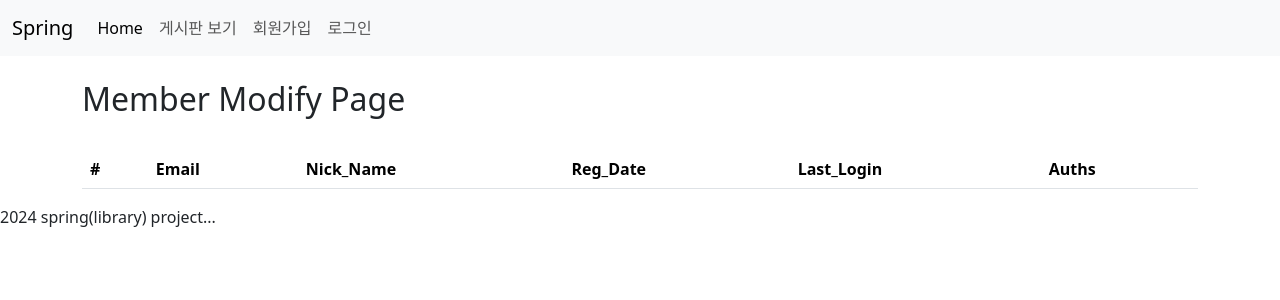
Repository: budflower44/Spring
Page: http://localhost/spring_test2/WEB-INF/views/member/list.jsp
An editor plug-in stored every save of this project. The page is shown before and after a run of saves, followed by the edit.
The browser window is 1280 px wide. The pictures show the whole page.
The page is served by Tomcat 9. Nobody is signed in. The template is opened directly, without the code that normally fills it, so the values that code supplies are empty.

Above is the page before, as saved 2024-01-16 01:15:36.
Console error: TypeError: Cannot read properties of null (reading 'addEventListener')

After the next 2 saves:
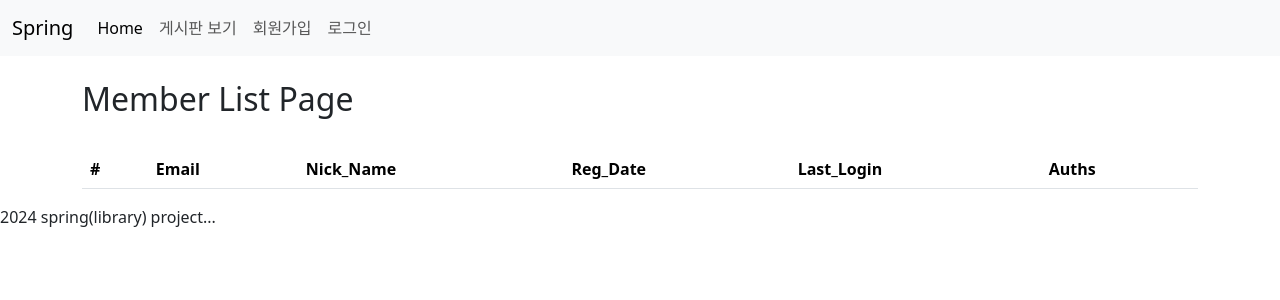
The 2 saves are shown as one change because they came seconds apart.
The last was saved 32 s later.
--- a/spring_test2/src/main/webapp/WEB-INF/views/member/list.jsp
+++ b/spring_test2/src/main/webapp/WEB-INF/views/member/list.jsp
@@ -8,9 +8,8 @@
 
 <div class="container-md">
 	<br>
-	<h2>Member Modify Page</h2>
+	<h2>Member List Page</h2>
 	<br>
-
 		<table class="table table-hover">
 		<thead>
 			<tr>
